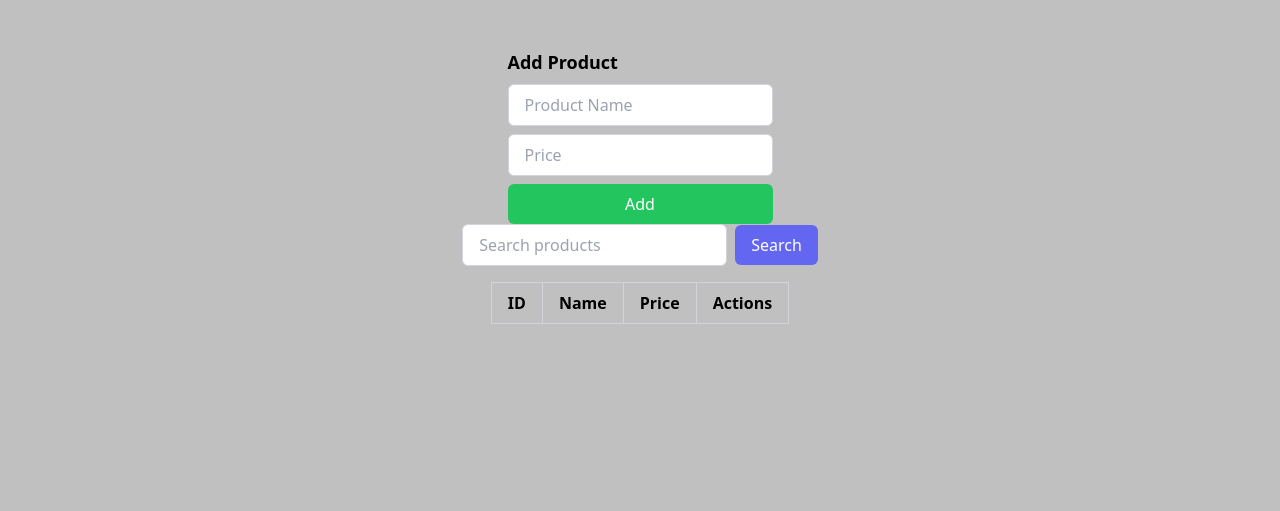
Repository: shaafsalman/product-Management-MERN
Page: /home (app in frontend/)
The author's editor kept a copy of each file at every save. The page is drawn from the files as they stood at one save, then again after the next save.
The browser window is 1280 px wide. The pictures show the whole page.
The page's requests for data from a server got no answer. The project was rebuilt for these pictures with package versions that can differ from the ones it lists, and the page was loaded fresh each time. No one was signed in, and anything a server would have sent is missing. Also part of the build but not shown: frontend/vite.config.js, frontend/src/Cards/mesgCard.jsx, frontend/src/Pages/Login.jsx, frontend/src/Pages/SighnUp.jsx, frontend/src/Pages/NoPage.jsx.

Above is the page before, as saved 2024-05-14 01:27:36.

After the next save:
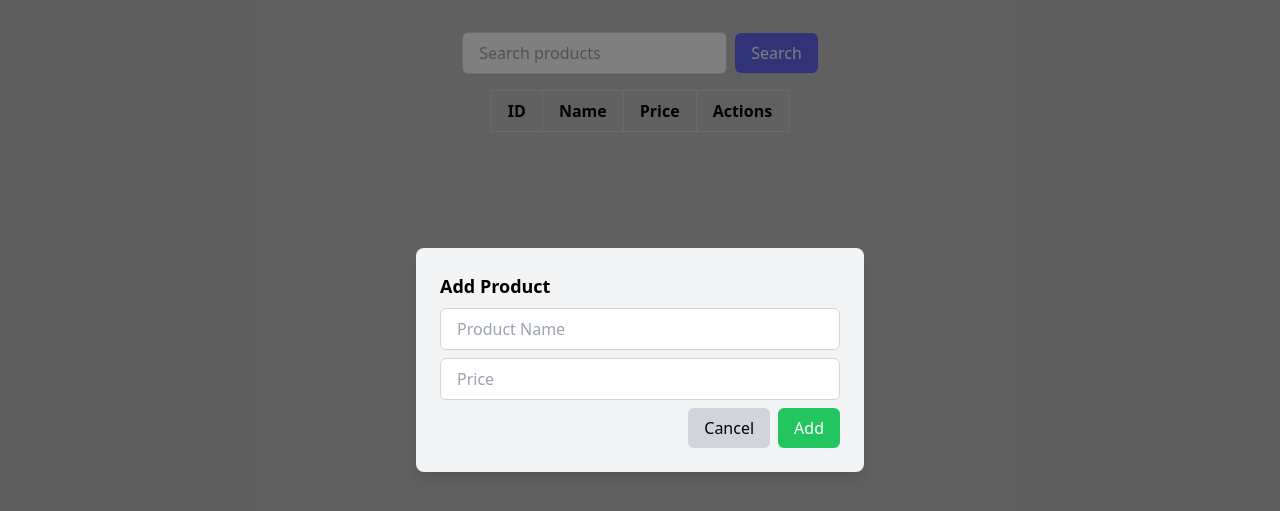
Saved 66 s later.
--- a/frontend/src/Pages/addproduct.jsx
+++ b/frontend/src/Pages/addproduct.jsx
@@ -1,7 +1,7 @@
 import React, { useState } from 'react';
 import axios from 'axios';
 
-const AddProduct = ({ onAdd }) => {
+const AddProduct = ({ onClose, onAdd }) => {
   const [name, setName] = useState('');
   const [price, setPrice] = useState('');
 
@@ -10,37 +10,39 @@ const AddProduct = ({ onAdd }) => {
     try {
       const response = await axios.post('/products', { name, price });
       onAdd(response.data); // Notify the parent component about the newly added product
-      setName('');
-      setPrice('');
+      onClose(); // Close the AddProduct component after adding the product
     } catch (error) {
       console.error('Error adding product:', error);
     }
   };
 
   return (
-    <div className="mt-4">
-      <h3 className="text-lg font-semibold mb-2">Add Product</h3>
-      <form onSubmit={handleSubmit} className="flex flex-col">
-        <input
-          type="text"
-          placeholder="Product Name"
-          value={name}
-          onChange={(e) => setName(e.target.value)}
-          className="px-4 py-2 border border-gray-300 rounded-md mb-2"
-          required
-        />
-        <input
-          type="number"
-          placeholder="Price"
-          value={price}
-          onChange={(e) => setPrice(e.target.value)}
-          className="px-4 py-2 border border-gray-300 rounded-md mb-2"
-          required
-        />
-        <button type="submit" className="bg-green-500 text-white px-4 py-2 rounded-md">
-          Add
-        </button>
-      </form>
+    <div className="fixed top-0 left-0 w-full h-full flex justify-center items-center z-50 bg-black bg-opacity-50">
+      <div className="max-w-md w-full p-6 bg-gray-100 rounded-lg shadow-lg">
+        <h3 className="text-lg font-semibold mb-2">Add Product</h3>
+        <form onSubmit={handleSubmit} className="flex flex-col">
+          <input
+            type="text"
+            placeholder="Product Name"
+            value={name}
+            onChange={(e) => setName(e.target.value)}
+            className="px-4 py-2 border border-gray-300 rounded-md mb-2"
+            required
+          />
+          <input
+            type="number"
+            placeholder="Price"
+            value={price}
+            onChange={(e) => setPrice(e.target.value)}
+            className="px-4 py-2 border border-gray-300 rounded-md mb-2"
+            required
+          />
+          <div className="flex justify-end">
+            <button type="button" className="mr-2 px-4 py-2 bg-gray-300 rounded-md" onClick={onClose}>Cancel</button>
+            <button type="submit" className="px-4 py-2 bg-green-500 text-white rounded-md">Add</button>
+          </div>
+        </form>
+      </div>
     </div>
   );
 };
